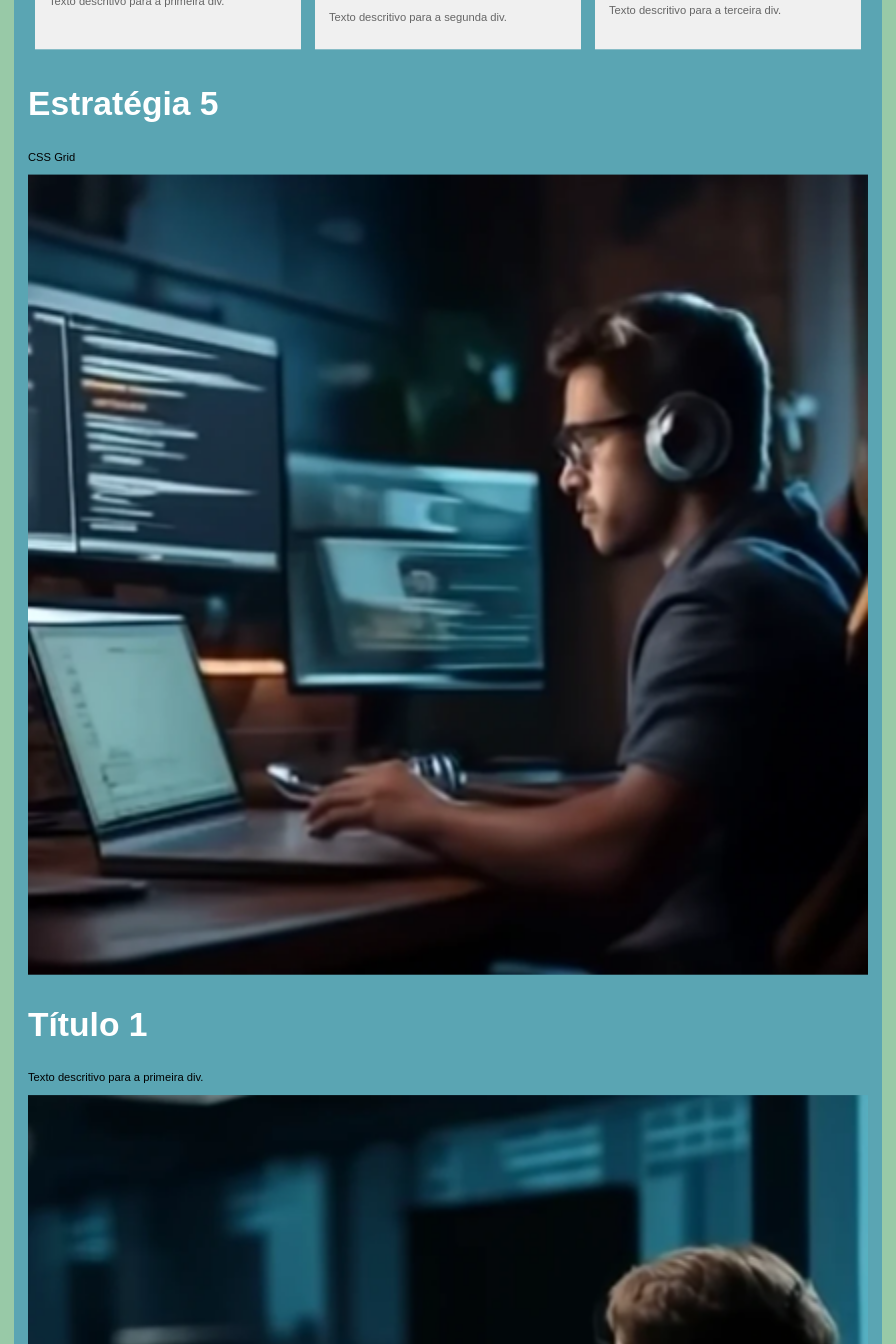
Repository: douglasabnovato/model-lp
Page: index.html
An editor plug-in stored every save of this project. The page is shown before and after the next save, followed by the edit.
The browser window is 1280 px wide. The pictures show the part of the page from y = 2968 to 4888 px (the page is 7488 px tall before and 3979 px after), at 70% of full size.

Above is the page before, as saved 2025-02-25 13:18:35.

After the next save:
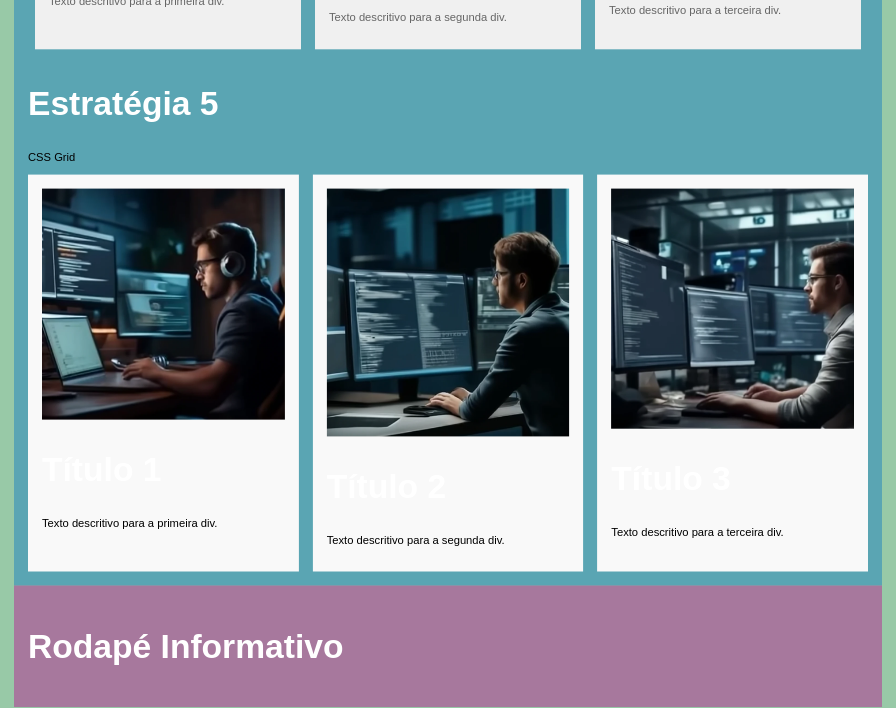
Saved 26 s later.
--- a/style.css
+++ b/style.css
@@ -129,3 +129,15 @@ footer {
     flex-basis: 100%; /* Em telas menores, cada div filha ocupa 100% da largura */
   }
 }
+
+.container-flex-mae-2 {
+    display: grid;
+    grid-template-columns: repeat(auto-fit, minmax(250px, 1fr));
+    grid-gap: 20px;
+  }
+
+  .filha-2 {
+    background-color: #f9f9f9;
+    padding: 20px;
+    box-sizing: border-box;
+  }
